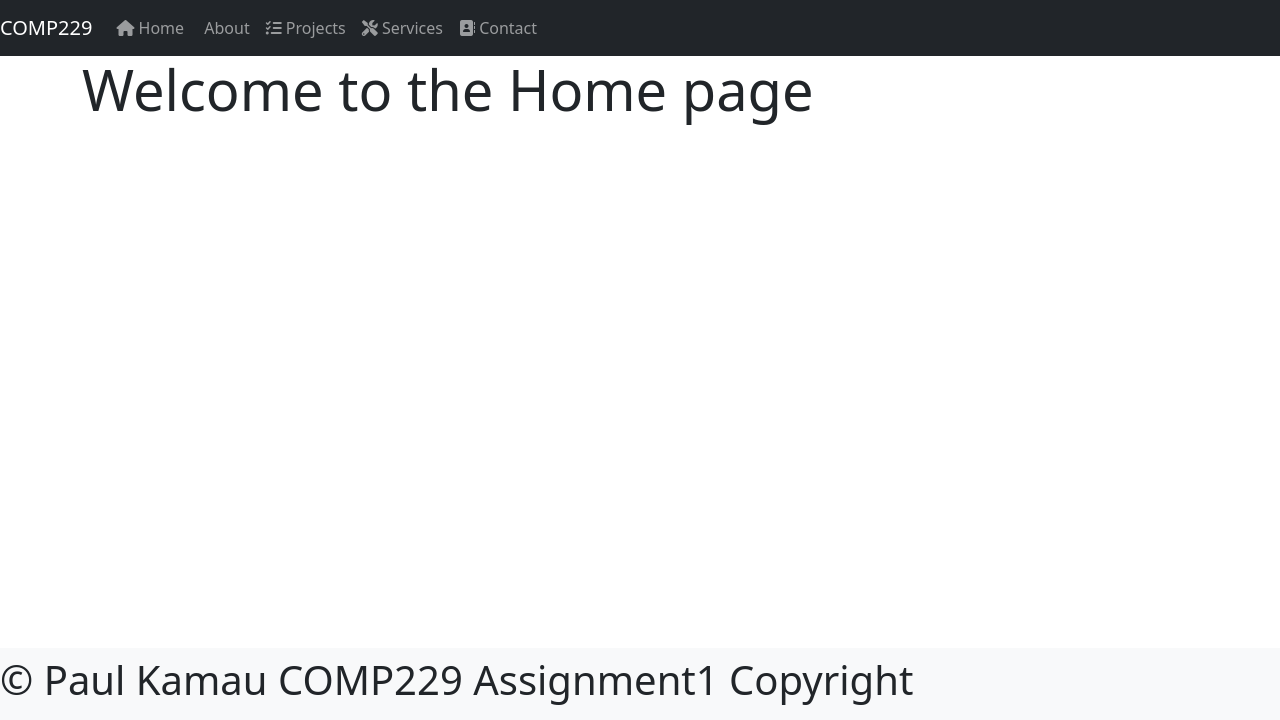
Repository: kiruriluap/COMP229-M2022-Labs
Page: http://localhost/home
The author's editor kept a copy of each file at every save. The page is drawn from the files as they stood at one save, then again after the next save.
The browser window is 1280 px wide. The pictures show the whole page.
The page is served by the project's Node server (server.js).

Above is the page before, as saved 2022-05-28 18:09:59.

After the next save:
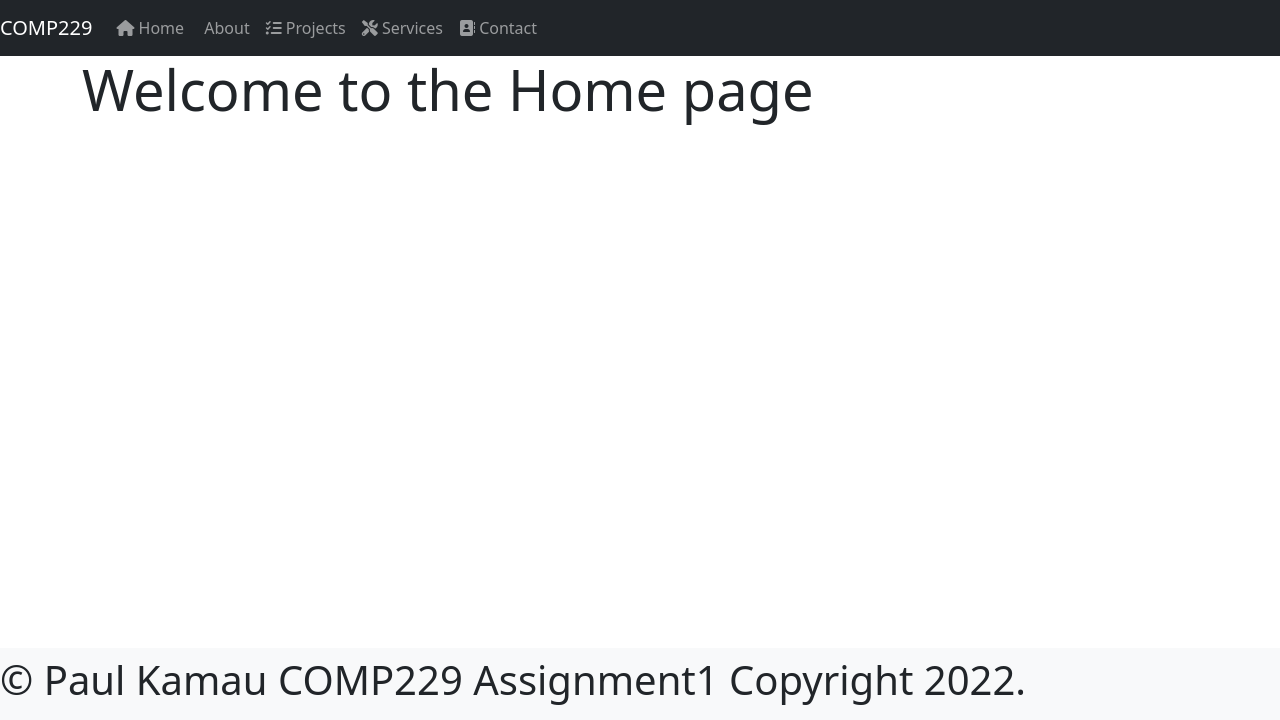
Saved 5 s later.
--- a/week3-6 Partials - Copy - Copy/views/index.ejs
+++ b/week3-6 Partials - Copy - Copy/views/index.ejs
@@ -79,7 +79,7 @@
 <!--Bottom Nav-->
 <footer>
   <nav class="navbar fixed-bottom navbar-light bg-light">
-  <h1 class="display-6">&copy; Paul Kamau COMP229 Assignment1 Copyright
+  <h1 class="display-6">&copy; Paul Kamau COMP229 Assignment1 Copyright 2022.
 </nav>
   </footer>
 
